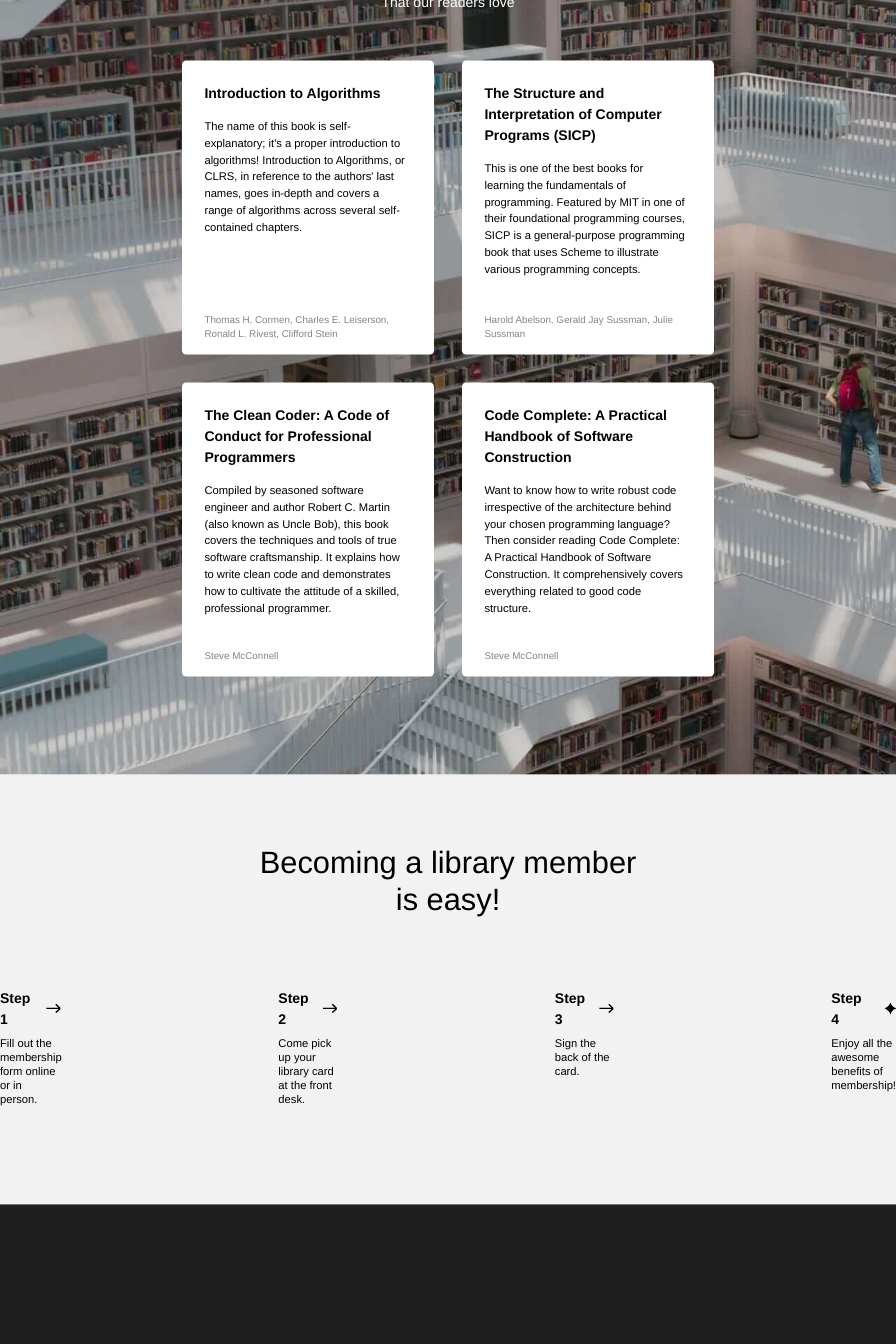
Repository: MWilliams-26/se_project_library
Page: index.html
These files come from the project's save history. The page is drawn as it stood at one moment and after the next save; the edit follows.
The browser window is 1280 px wide. The pictures show the part of the page from y = 1732 to 3652 px (the page is 3652 px tall before and 3562 px after), at 70% of full size.

Above is the page before, as saved 2023-04-03 23:15:49.

### index.html
<!DOCTYPE html>
<html lang="en">
  <head>
    <meta charset="UTF-8" />
    <meta name="viewport" content="width=device-width, initial-scale=1.0" />
    <title>Practicum Library</title>
    <link rel="shortcut icon" href="favicon.ico" />
    <link rel="stylesheet" href="./styles/normalize.css" />
    <link rel="stylesheet" href="./styles/style.css" />
  </head>

  <body>
    <!-- Wrap the entire page content in a new div with the page class. Remember to add the closing tag -->
    <div class="page">
      <header class="header">
        <nav class="nav">
          <img
            src="./images/logo.png"
            alt="Practicum Library Logo"
            class="logo"
          />
          <!-- Putting navigation links in a list is supposed to be the best practice of writing the semantic code since it allows screen readers to pause between each link instead of reading all the links as a sentence. -->
          <ul class="nav__links">
            <li>
              <a class="nav__link">Staff picks</a>
            </li>
            <li>
              <a class="nav__link">Events</a>
            </li>
            <li>
              <a class="nav__link">Become a member</a>
            </li>
            <li>
              <a class="nav__link">About</a>
            </li>
            <li>
              <a class="nav__link">Contacts</a>
            </li>
          </ul>
        </nav>
        <h1 class="header__title">Welcome to the Practicum Library</h1>
        <p class="header__description">
          We're pleased to open our library doors to everyone! Come and expand
          your development knowledge, or just use this lovely spot to work or
          study. This is a cool place for cool students!
        </p>
        <!-- ----------------------------------------------------------------- -->
        <!--               Don't uncomment until project stage 2               -->
        <!-- ----------------------------------------------------------------- -->
        <img
          src="./images/inside_the_library.png"
          alt="Illustration 'Inside the library'"
          class="header__image"
        />
        <div class="header__footer">
          <a class="header__link">About the library &darr;</a>
          <p class="header__address">
            200 Success Avenue, The Town of Practicum
          </p>
        </div>
      </header>

      <main class="content">
        <section class="events">
          <div class="events__content">
            <h2 class="events__heading">Upcoming events:</h2>
            <h3 class="events__title">
              In honor of Joan Feynman: Women in astrophysics
            </h3>
            <div class="event-info events__info-section">
              <div class="event-info__item">
                <div
                  class="event-info__icon event-info__icon_type_calendar"
                ></div>
                <p class="event-info__text">Mon, January 12</p>
              </div>
              <div class="event-info__item">
                <div class="event-info__icon event-info__icon_type_pin"></div>
                <p class="event-info__text">
                  Practicum Library Conference Hall & Online
                </p>
              </div>
            </div>
            <p class="events__description">
              At this event, which celebrates the library's namesake, our guest
              lecturer will take us on a journey exploring some of the most
              prominent female researchers in the world of space science. It's
              easy to buy into the misconception that this field was mostly
              dominated by men, but our lecture aims to change that notion and
              prove that this hasn't been the case since at least the 18th
              century.
            </p>
            <a href="#" class="events__more">More events &rarr;</a>
          </div>
          <div class="events__cover">
            <img
              class="events__image"
              src="images/cafe.png"
              alt="events image"
            />
            <div class="person person_name_feynman">
              <p class="person__caption">Joann Feynman</p>
              <img
                class="person__image person__image_size_l"
                src="images/person_feynman.png"
                alt="Joann Feyman"
              />
            </div>
            <div class="person person_name_burbidge">
              <p class="person__caption">Margaret Burbidge</p>
              <img
                class="person__image person__image_size_m"
                src="images/person_burbidge.png"
                alt="Margaret Burbidge"
              />
            </div>
            <div class="person person_name_cannon">
              <img
                class="person__image person__image_size_m"
                src="images/person_cannon.png"
                alt="Annie Jump Cannon"
              />
              <p class="person__caption">Annie Jump Cannon</p>
            </div>
            <div class="person person_name_burbidge">
              <p class="person__caption">Margaret Burbidge</p>
              <img
                class="person__image person__image_size_m"
                src="images/person_burbidge.png"
                alt="Margaret Burbidge"
              />
            </div>
            <div class="person person_name_mitchell">
              <img
                class="person__image person__image_size_s"
                src="images/person_mitchell.png"
                alt="Maria Mitchell"
              />
              <p class="person__caption">Maria Mitchell</p>
            </div>
            <div class="person person_name_tarter">
              <p class="person__caption">Jill Tarter</p>
              <img
                class="person__image person__image_size_m"
                src="images/person_tarter.png"
                alt="Jill Tarter"
              />
            </div>
          </div>
        </section>

        <section class="staff">
          <!-- --------------------------------------------------------------- -->
          <!--        Don't uncomment until the final project stage            -->
          <!-- --------------------------------------------------------------- -->
          <h2 class="staff__title">Staff picks</h2>
          <p class="staff__subtitle">That our readers love</p>
          <ul class="staff__picks">
            <li class="card">
              <div class="card__content">
                <h3 class="card__title">Introduction to Algorithms</h3>
                <p class="card__text">
                  The name of this book is self-explanatory; it's a proper
                  introduction to algorithms! Introduction to Algorithms, or
                  CLRS, in reference to the authors' last names, goes in-depth
                  and covers a range of algorithms across several self-contained
                  chapters.
                </p>
                <p class="card__footer">
                  Thomas H. Cormen, Charles E. Leiserson, Ronald L. Rivest,
                  Clifford Stein
                </p>
              </div>
            </li>

            <li class="card">
              <div class="card__content">
                <h3 class="card__title">
                  The Structure and Interpretation of Computer Programs (SICP)
                </h3>
                <p class="card__text">
                  This is one of the best books for learning the fundamentals of
                  programming. Featured by MIT in one of their foundational
                  programming courses, SICP is a general-purpose programming
                  book that uses Scheme to illustrate various programming
                  concepts.
                </p>
                <p class="card__footer">
                  Harold Abelson, Gerald Jay Sussman, Julie Sussman
                </p>
              </div>
            </li>

            <li class="card">
              <div class="card__content">
                <h3 class="card__title">
                  The Clean Coder: A Code of Conduct for Professional
                  Programmers
                </h3>
                <p class="card__text">
                  Compiled by seasoned software engineer and author Robert C.
                  Martin (also known as Uncle Bob), this book covers the
                  techniques and tools of true software craftsmanship. It
                  explains how to write clean code and demonstrates how to
                  cultivate the attitude of a skilled, professional programmer.
                </p>
                <p class="card__footer">Steve McConnell</p>
              </div>
            </li>

            <li class="card">
              <div class="card__content">
                <h3 class="card__title">
                  Code Complete: A Practical Handbook of Software Construction
                </h3>
                <p class="card__text">
                  Want to know how to write robust code irrespective of the
                  architecture behind your chosen programming language? Then
                  consider reading Code Complete: A Practical Handbook of
                  Software Construction. It comprehensively covers everything
                  related to good code structure.
                </p>
                <p class="card__footer">Steve McConnell</p>
              </div>
            </li>
          </ul>
        </section>

        <section class="membership">
          <!-- --------------------------------------------------------------- -->
          <!--         Don't uncomment until the final project stage           -->
          <!-- --------------------------------------------------------------- -->
          <h2 class="membership__title">Becoming a library member is easy!</h2>
          <ul class="membership__steps">
            <li class="step">
              <h3 class="step__title">
                Step 1
                <img
                  src="./images/icon_step_forward.svg"
                  alt="icon forward"
                  class="step__icon"
                />
              </h3>
              <p class="step__description">
                Fill out the membership form online or in person.
              </p>
            </li>
            <li class="step">
              <h3 class="step__title">
                Step 2
                <img
                  src="./images/icon_step_forward.svg"
                  alt="icon forward"
                  class="step__icon"
                />
              </h3>
              <p class="step__description">
                Come pick up your library card at the front desk.
              </p>
            </li>
            <li class="step">
              <h3 class="step__title">
                Step 3
                <img
                  src="./images/icon_step_forward.svg"
                  alt="icon forward"
                  class="step__icon"
                />
              </h3>
              <p class="step__description">Sign the back of the card.</p>
            </li>
            <li class="step">
              <h3 class="step__title">
                Step 4
                <img
                  src="./images/icon_step_finish.svg"
                  alt="icon finish"
                  class="step__icon"
                />
              </h3>
              <p class="step__description">
                Enjoy all the awesome benefits of membership!
              </p>
            </li>
          </ul>
        </section>

        <section class="about">
          <!-- --------------------------------------------------------------- -->
          <!--          Don't uncomment until the final project stage          -->
          <!-- --------------------------------------------------------------- -->
          <!--<h2 class="about__title">About the library</h2>
        <div class="about__content">
          <p class="about__paragraph">
            Libraries are essential establishments in practically every city,
            and Practicum's library is no exception. It first opened its doors
            way back in 2018, right as our humble town began bidding welcome to
            its very first citizens!
          </p>
          <p class="about__paragraph">
            Since its initial opening, the library has seen nearly 342 visitors
            each month. That's almost 50% of our population! So far, most
            citizens have enjoyed reading books and making use of our ample
            online resources.
          </p>
          <p class="about__paragraph">
            The library gets its name from Joan Feynman, an American
            astrophysicist and the first woman to be elected as an officer of
            the American Geophysical Union.
          </p>
        </div>
        <div class="about__circle"></div> -->
        </section>
      </main>
      <footer class="footer">
        <!-- ----------------------------------------------------------------- -->
        <!--          Don't uncomment until the final project stage            -->
        <!-- ----------------------------------------------------------------- -->
      </footer>
    </div>
  </body>
</html>

### styles/style.css
.page {
  /* Add page class properties here */
  min-width: 1100px;
  max-width: 1600px;
  margin: 0 auto;
  font-family: Helvetica Neue, Arial, sans-serif;
  font-size: 16px;
  line-height: 20px;
}

.header {
  height: 100vh;
  min-height: 720px;
  max-height: 800px;
  padding: 30px 80px 0;
  position: relative;
  box-sizing: border-box;
}

.nav {
  /* Add flex properties here */
  display: flex;
  justify-content: space-between;
  align-items: stretch;
  flex-flow: row wrap;
  margin-top: 8px;
}

.logo {
  width: 196px;
  height: 60px;
}

.nav__links {
  /* Reset default list styles here */
  margin: 0 0 0;
  display: flex;
  column-gap: 20px;
  list-style: none;
}

.nav__link {
  color: #000000;
  text-decoration: none;
  font-weight: bold;
}

.header__title {
  font-size: 66px;
  line-height: 76px;
  font-weight: 500;
  max-width: 544px;
  margin-top: 150px;
  margin-bottom: 32px;
}

.header__description {
  font-size: 20px;
  line-height: 30px;
  max-width: 532px;
}

.header__image {
  position: absolute;
  max-width: 636px;
  top: 135px;
  right: 20px;
  z-index: 1;
}

.header__footer {
  position: absolute;
  left: 0;
  bottom: 40px;
  width: 100%;
  display: flex;
  align-items: center;
  padding: 40px 80px 0;
  justify-content: space-between;
  box-sizing: border-box;
}

.header__link {
  color: #2f80ed;
  text-decoration: none;
}

.header__address {
  margin: 0;
  color: #838383;
}

.events {
  padding: 100px 0 120px 80px;
  display: flex;
  align-items: start;
  justify-content: space-between;
  box-sizing: border-box;
  background-color: #f2f2f2;
}
.events__content {
  flex-basis: 580px;
}

.events__heading {
  font-size: 20px;
  font-weight: 500;
  line-height: 30px;
  margin: 0;
}

.events__title {
  font-size: 44px;
  font-weight: 500;
  line-height: 52px;
  margin: 32px 0 0;
}

.events__info-section {
  margin-top: 32px;
}

.event-info__item {
  display: flex;
  align-items: center;
  margin-bottom: 4px;
  font-weight: 500;
}

.event-info__icon {
  background-repeat: no-repeat;
  background-position: center;
  margin-right: 12px;
  width: 24px;
  height: 24px;
}

.event-info__icon_type_calendar {
  background-image: url(../images/icon_calendar.svg);
}

.event-info__icon_type_pin {
  background-image: url(../images/icon_pin.svg);
}

.event-info__text {
  font-size: 20px;
  font-weight: 500;
  line-height: 30px;
  margin: 0;
}

.events__description {
  margin: 40px 0 60px;
}

.events__more {
  color: #2f80ed;
  text-decoration: none;
}

.events__cover {
  flex-grow: 1;
  flex-shrink: 0;
  flex-basis: 780px;
  max-width: 780px;
  position: relative;
}

.events__image {
  max-width: 100%;
}

.person {
  position: absolute;
  display: flex;
  align-items: center;
  flex-direction: column;
  gap: 10px;
}

.person_name_feynman {
  position: absolute;
  top: -30px;
  left: 319px;
}

.person_name_burbidge {
  top: 96px;
  right: 125px;
}

.person_name_cannon {
  bottom: 18px;
  right: 216px;
}

.person_name_mitchell {
  bottom: 82px;
  left: 142px;
}

.person_name_tarter {
  top: 79px;
  left: 159px;
}

.person__image {
  max-width: 100%;
}

.person__image_size_l {
  width: 140px;
}

.person__image_size_m {
  width: 100px;
}

.person__image_size_s {
  width: 80px;
}

.person__caption {
  text-align: center;
  font-size: 14px;
  margin: 0;
}
.staff {
  padding: 100px 0 140px;
  background-image: url(../images/staff_picks_background.jpg);
}

.staff__title {
  text-align: center;
  font-size: 44px;
  line-height: 52px;
  margin: 0 0 24px;
  color: #ffffff;
}

.staff__subtitle {
  text-align: center;
  font-size: 20px;
  line-height: 30px;
  font-weight: 400;
  margin: 0;
  color: #ffffff;
}

.staff__picks {
  max-width: 760px;
  margin: auto;
  margin-top: 68px;
  display: flex;
  flex-wrap: wrap;
  justify-content: center;
  gap: 40px;
  list-style-type: none;
  padding: 0;
}

/* Add the CSS rule for your new class here. Make sure to place it before .card: parents should precede their children */

.card {
  background-color: #fff;
  border-radius: 6px;
  padding: 32px 40px 20px 32px;
  box-sizing: border-box;
  width: 360px;
  height: 420px;
}

.card__content {
  width: 100%;
  height: 100%;
  display: flex;
  flex-direction: column;
}

.card__title {
  font-size: 20px;
  line-height: 30px;
  font-weight: 700;
  margin: 0;
}

.card__text {
  margin: 20px 0 0;
  font-size: 16px;
  line-height: 24px;
}

.card__footer {
  margin: 0;
  font-size: 14px;
  line-height: 20px;
  color: #838383;
  margin-top: auto;
}

.membership {
  padding: 100px 0 140px;
  background-color: #f2f2f2;
}

.membership__title {
  max-width: 574px;
  margin: 0 auto;
  text-align: center;
  font-size: 44px;
  font-weight: 500;
  line-height: 52px;
}

.membership__steps {
  list-style-type: none;
  padding: 0;
  margin: 100px 0 0;
  display: flex;
  justify-content: space-between;
  /* Add styles */
}

.step {
  font-display: wrap;
  flex-basis: 40px;
  gap: 40px;

  /* Add styles */
}

.step__title {
  margin: 0;
  font-size: 20px;
  line-height: 30px;
  font-weight: 700;
  display: flex;
  align-items: center;
}

.step__icon {
  margin-left: 20px;
}

.step__description {
  margin: 10px 0 0;
}

.about {
  padding: 100px 80px;
  background-color: #1f1f1f;
  color: #fff;
  overflow: hidden;
  position: relative;
  box-sizing: border-box;
}

.about__title {
  margin: 0;
  font-size: 20px;
  line-height: 30px;
  font-weight: 500;
  z-index: 1;
}

.about__content {
  font-size: 20px;
  line-height: 30px;
  font-weight: 400;
  max-width: 660px;
}

.about__paragraph {
  margin: 0 0 32px;
}

.about__circle {
  background-color: #2f80ed;
  width: 495px;
  height: 495px;
  border-radius: 50%;
}

.footer {
  box-sizing: border-box;
}

.footer__columns {
}

.footer__column_content_hours {
}

.footer__column_content_social {
}

.footer__logo {
}

.footer__list {
  /* The code below removes the default browser styles for lists */
  list-style-type: none;
  padding: 0;
  margin: 0;
}

.footer__list-item {
}

.footer__column-heading {
}

.footer__column-link {
  color: white;
  font-size: 16px;
  line-height: 20px;
  text-decoration: none;
}

.footer__social-icon {
}

.footer__copyright {
}

Loaded but not shown: styles/normalize.css (library)

After the next save:
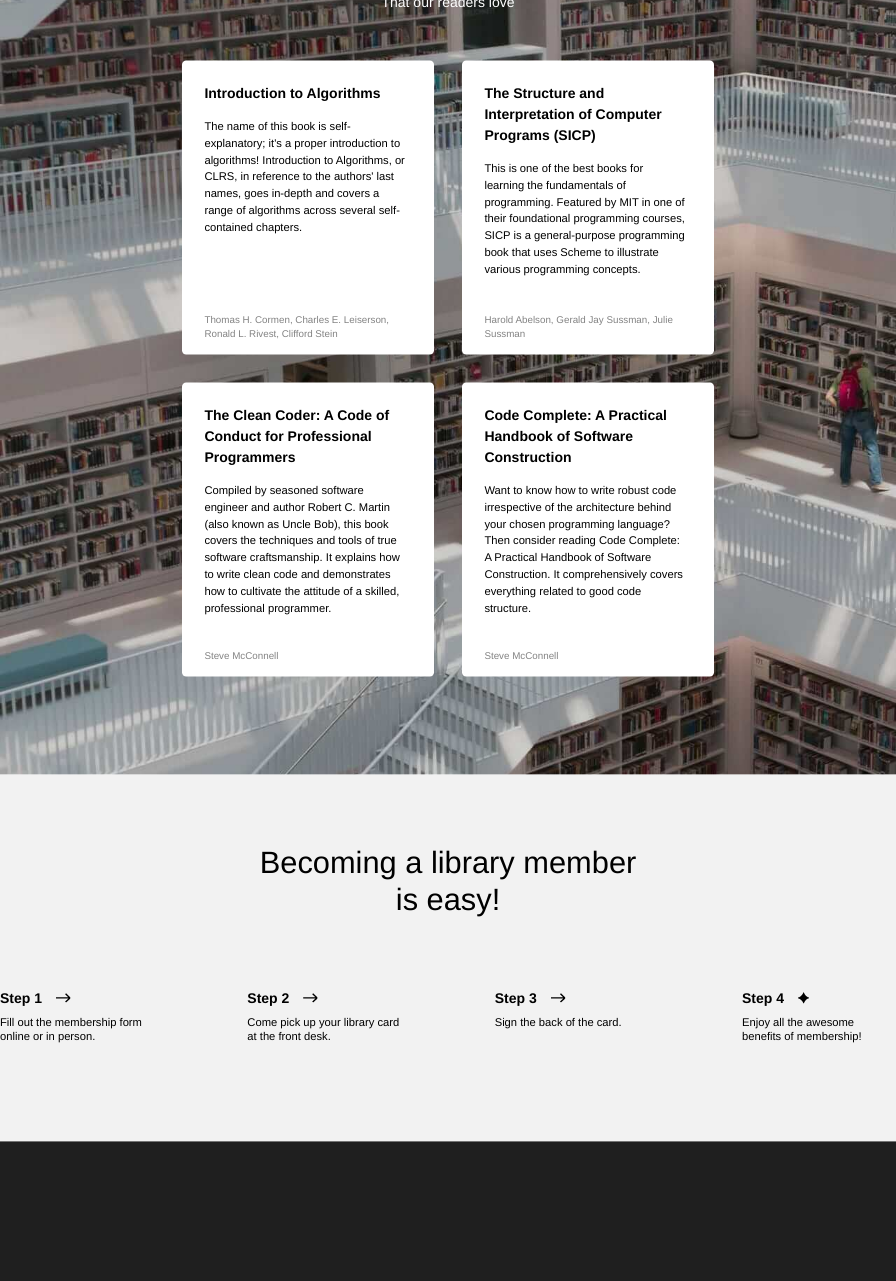
Saved 15 s later.
--- a/styles/style.css
+++ b/styles/style.css
@@ -324,7 +324,7 @@
 
 .step {
   font-display: wrap;
-  flex-basis: 40px;
+  flex-basis: 220px;
   gap: 40px;
 
   /* Add styles */
